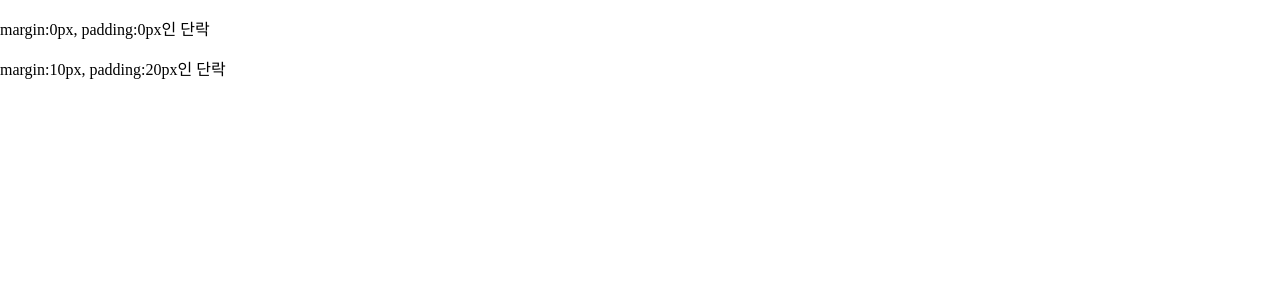
Repository: daehyeonhong/HTML
Page: ch05/WebContent/margin-padding.html
An editor plug-in stored every save of this project. The page is shown before and after the next save, followed by the edit.
The browser window is 1280 px wide. The pictures show the whole page.

Above is the page before, as saved 2020-05-19 07:24:15.

### ch05/WebContent/margin-padding.html
<!DOCTYPE html>
<html>
<head>
<meta charset="UTF-8">
<title>Insert title here</title>
<style type="text/css">
body {
	margin: 0px;padding: 0px;
}

</style>
</head>
<body>
	<p>margin:0px, padding:0px인 단락</p>
	<p id="target">margin:10px, padding:20px인 단락</p>
</body>
</html>

After the next save:
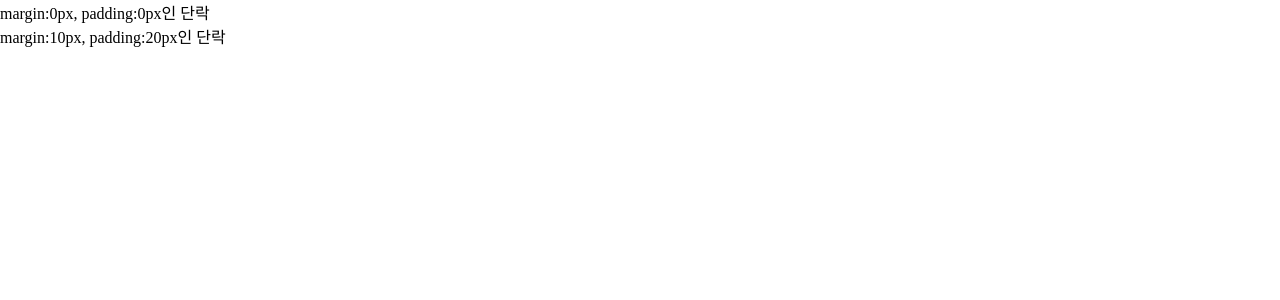
Saved 13 s later.
--- a/ch05/WebContent/margin-padding.html
+++ b/ch05/WebContent/margin-padding.html
@@ -7,7 +7,10 @@
 body {
 	margin: 0px;padding: 0px;
 }
+p {
+	margin:0px;
 
+}
 </style>
 </head>
 <body>
